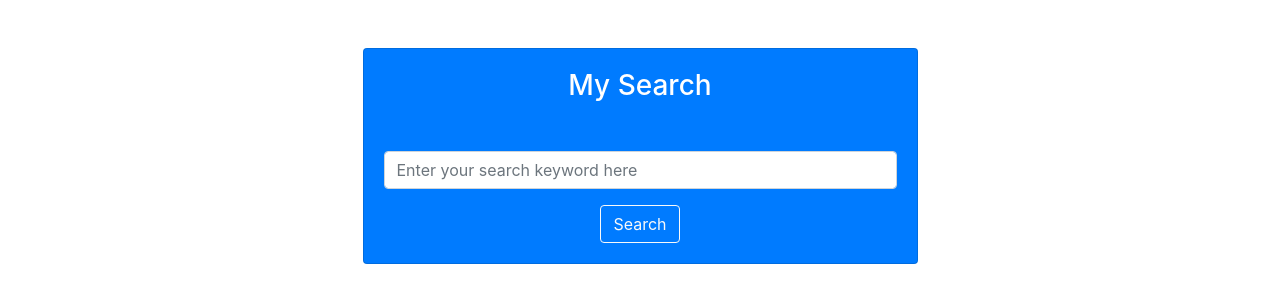
Repository: modinilesh/SpringMVC
Page: http://localhost/springmvcsearch/home
An editor plug-in stored every save of this project. The page is shown before and after the next save, followed by the edit.
The browser window is 1280 px wide. The pictures show the whole page.
Some web libraries are served in a nearby version. The page is served by Tomcat 9.

Above is the page before, as saved 2023-10-20 07:31:23.

After the next save:
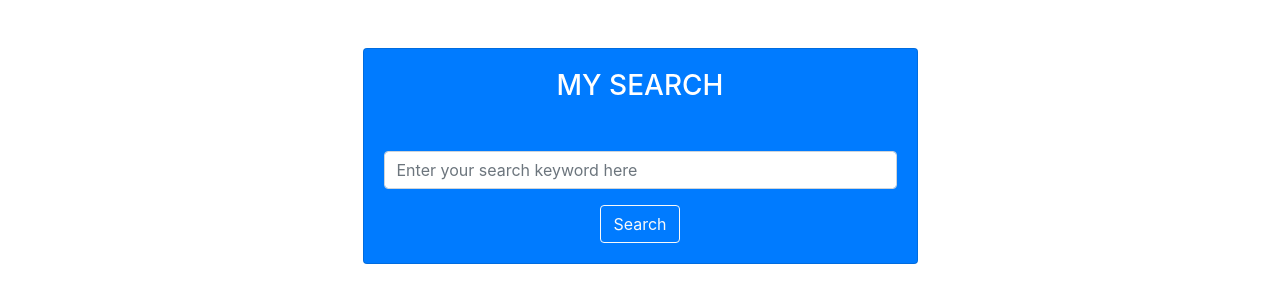
Saved 60 s later.
--- a/springmvcsearch/src/main/webapp/WEB-INF/views/home.jsp
+++ b/springmvcsearch/src/main/webapp/WEB-INF/views/home.jsp
@@ -22,7 +22,7 @@
 
 			<div class="card-body">
 
-			<h3 class="text-center text-white transform-uppercase">My Search</h3>
+			<h3 class="text-center text-white" style="text-transform: uppercase">My Search</h3>
 
 				<form action="" class="mt-3">
 
